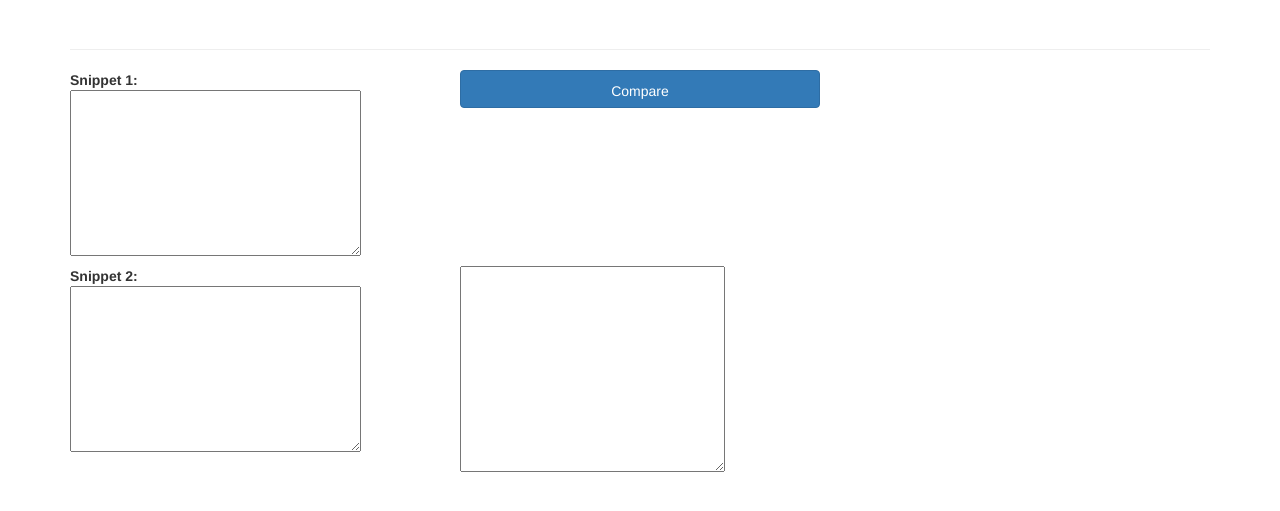
Repository: d4rkm3z/JSPerfomance
Page: index.html
An editor plug-in stored every save of this project. The page is shown before and after the next save, followed by the edit.
The browser window is 1280 px wide. The pictures show the whole page.

Above is the page before, as saved 2016-10-25 14:07:50.

### index.html
<!DOCTYPE html>
<html lang="en">

<head>
  <title></title>
  <meta charset="UTF-8">
  <meta name="viewport" content="width=device-width, initial-scale=1">
  <link href="src/css/style.css" rel="stylesheet">
  <link href="src/bootstrap/css/bootstrap.min.css" rel="stylesheet">
</head>

<body>
  <div class="container">
    <div class="page-header"></div>
    <div class="row">
      <div class="col-sm-4">
        <label>
          Snippet 1:<br>
          <span class="snippets-group span-snippets">
            <textarea id="" rows="8" cols="30"></textarea>
          </span>
        </label>
      </div>
      <div class="col-sm-4">
        <button type="button" class="btn btn-primary btn-default btn-block btn-compare">Compare</button>
      </div>
    </div>
    <div class="row">
      <div class="col-sm-4">
        <label>
          Snippet 2:<br>
          <span class="snippets-group span-snippets">
            <textarea id="" rows="8" cols="30"></textarea>
          </span>
        </label>
      </div>
      <div class="col-sm-4">
        <span class="snippets-group snippet-result">
          <textarea id="result" rows="10" cols="30"></textarea>
        </span>
      </div>
    </div>
  </div>
  <script src="src/js/app.js"></script>
</body>

</html>

### src/css/style.css
.btn-compare{
  padding-top:10px !important;
}

Loaded but not shown: src/bootstrap/css/bootstrap.min.css (library); src/js/app.js (no copy from this time; the picture is the same without it)

After the next save:
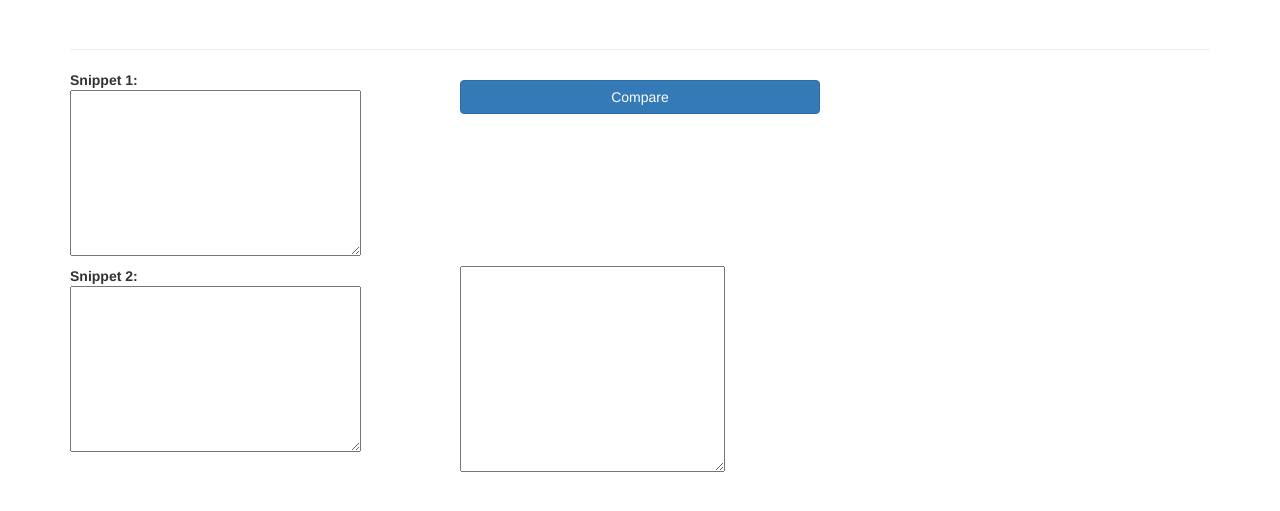
Saved 10 s later.
--- a/src/css/style.css
+++ b/src/css/style.css
@@ -1,3 +1,3 @@
 .btn-compare{
-  padding-top:10px !important;
+  margin-top:10px !important;
 }
